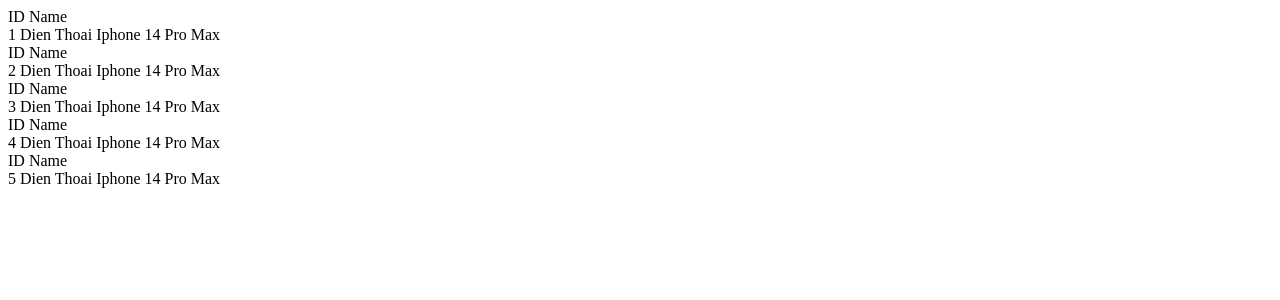
Repository: saiyagodvp/_java4
Page: http://localhost/slide4/product
These files come from the project's save history. The page is drawn as it stood at one moment and after the next save; the edit follows.
The browser window is 1280 px wide. The pictures show the whole page.
The page is served by Tomcat 9. Other server files are loaded and not shown.

Above is the page before, as saved 2023-03-24 10:42:28.

### slide4/src/main/webapp/product/list.jsp
<%@page import="org.apache.jasper.tagplugins.jstl.core.ForEach"%>
<%@ page language="java" contentType="text/html; charset=UTF-8"
	pageEncoding="UTF-8"%>

<%@page import="java.util.List"%>
<%@page import="model.Product "%>
<%@taglib uri="http://java.sun.com/jsp/jstl/core" prefix="c"%>
<!DOCTYPE html>
<html>
<head>
<meta charset="UTF-8">
<title>Insert title here</title>
</head>
<body>
	<%-- <%
		List<Product> products = (List<Product>) request.getAttribute("listproducts");
		for (Product p : products){
			response.getWriter().print(p.getName());
		}
	%> --%>

	<c:forEach items="${listProducts}" var="p">
	<thead>
		<th>
			<td>
				ID
			</td>
			<td>
				Name
			</td>
		</th>
	</thead>
	<br>
		<tr>
			<td>${p.id}</td>
			<td>${p.name}</td>
			<br>
		</tr>
	</c:forEach>
</body>
</html>

### slide4/src/main/java/controller/ProductController.java
package controller;

import java.io.IOException;
import java.util.ArrayList;
import java.util.Date;
import java.util.List;
import model.Product;
import javax.servlet.ServletException;
import javax.servlet.annotation.WebServlet;
import javax.servlet.http.HttpServlet;
import javax.servlet.http.HttpServletRequest;
import javax.servlet.http.HttpServletResponse;


@WebServlet("/product")
public class ProductController extends HttpServlet {
	private static final long serialVersionUID = 1L;

	public ProductController() {
		super();
		// TODO Auto-generated constructor stub
	}

	protected void doGet(HttpServletRequest request, HttpServletResponse response)
			throws ServletException, IOException {
		List<Product> p = new ArrayList<>();
		p.add(new Product(1, "Dien Thoai Iphone 14 Pro Max", "Hang Chinh Hang", new Date()));
		p.add(new Product(2, "Dien Thoai Iphone 14 Pro Max", "Hang Chinh Hang", new Date()));
		p.add(new Product(3, "Dien Thoai Iphone 14 Pro Max", "Hang Chinh Hang", new Date()));
		p.add(new Product(4, "Dien Thoai Iphone 14 Pro Max", "Hang Chinh Hang", new Date()));
		p.add(new Product(5, "Dien Thoai Iphone 14 Pro Max", "Hang Chinh Hang", new Date()));
		request.setAttribute("listProducts", p);
		request.getRequestDispatcher("/product/list.jsp").forward(request, response);
	}

	protected void doPost(HttpServletRequest request, HttpServletResponse response)
			throws ServletException, IOException {

	}

}

### slide4/src/main/java/model/Product.java
package model;

import java.util.Date;

public class Product {
	private int id;
	private String name;
	private String description;
	private Date createdate;

	public Product() {
		super();
	}

	public Product(int id, String name, String description, Date createdate) {
		super();
		this.id = id;
		this.name = name;
		this.description = description;
		this.createdate = createdate;
	}

	public int getId() {
		return id;
	}

	public void setId(int id) {
		this.id = id;
	}

	public String getName() {
		return name;
	}

	public void setName(String name) {
		this.name = name;
	}

	public String getDescription() {
		return description;
	}

	public void setDescription(String description) {
		this.description = description;
	}

	public Date getCreatedate() {
		return createdate;
	}

	public void setCreatedate(Date createdate) {
		this.createdate = createdate;
	}

}

After the next save:
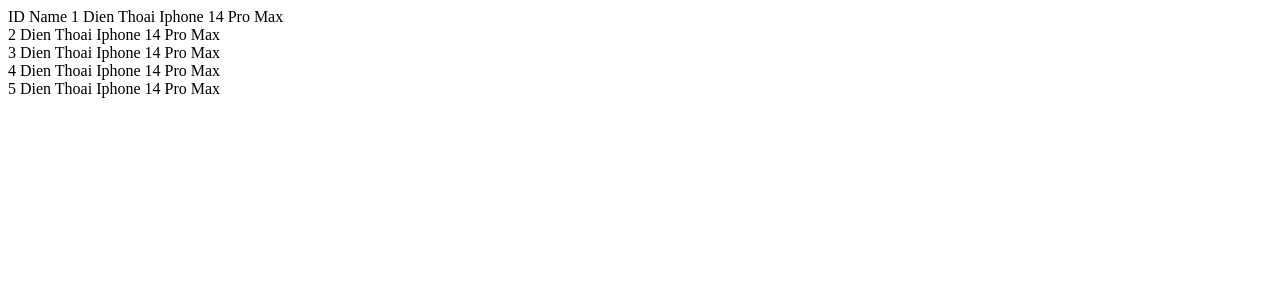
Saved 20 s later.
--- a/slide4/src/main/webapp/product/list.jsp
+++ b/slide4/src/main/webapp/product/list.jsp
@@ -18,11 +18,8 @@
 			response.getWriter().print(p.getName());
 		}
 	%> --%>
-
-	<c:forEach items="${listProducts}" var="p">
 	<thead>
-		<th>
-			<td>
+		<th><td>
 				ID
 			</td>
 			<td>
@@ -30,12 +27,13 @@
 			</td>
 		</th>
 	</thead>
-	<br>
-		<tr>
+	<c:forEach items="${listProducts}" var="p">
+				<tr>
 			<td>${p.id}</td>
 			<td>${p.name}</td>
 			<br>
 		</tr>
 	</c:forEach>
-</body>
+
+		</body>
 </html>
